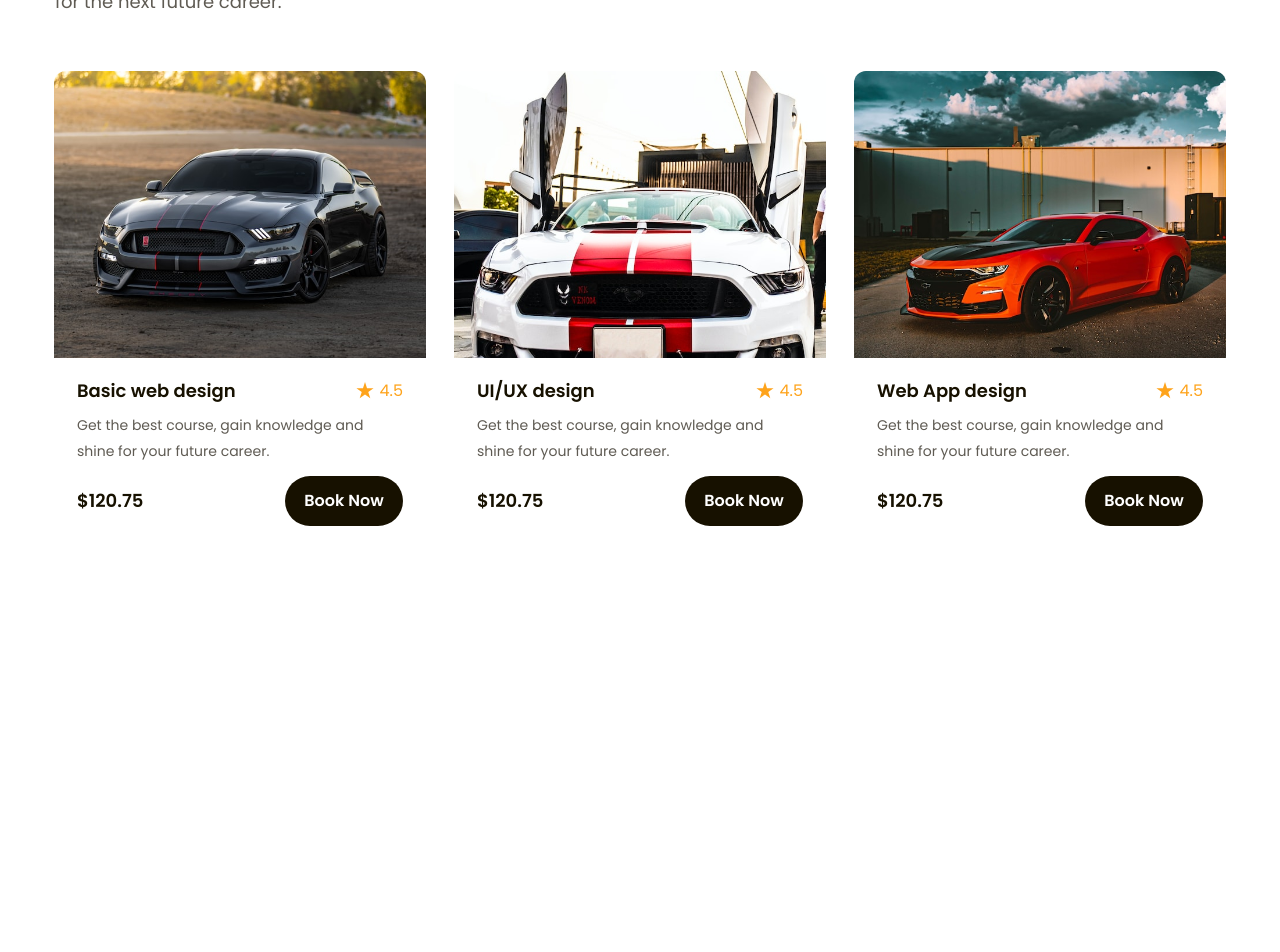
Repository: dongnguyen2112/htmlcss-project-02
Page: index.html
These files come from the project's save history. The page is drawn as it stood at one moment and after the next save; the edit follows.
The browser window is 1280 px wide. The pictures show the part of the page from y = 1207 to 2159 px (the page is 5000 px tall).
A picture or video elsewhere on the page could not be fetched, so the positions and the page height are approximate.

Above is the page before, as saved 2023-07-06 14:01:54.

### index.html
<!DOCTYPE html>
<html lang="en">
    <head>
        <meta charset="UTF-8" />
        <meta name="viewport" content="width=device-width, initial-scale=1.0" />
        <title>F8 project 01</title>
        <!-- Reset CSS -->
        <link rel="stylesheet" href="./assets/css/reset.css" />
        <!-- Font -->
        <link rel="preconnect" href="https://fonts.googleapis.com" />
        <link rel="preconnect" href="https://fonts.gstatic.com" crossorigin />
        <link
            href="https://fonts.googleapis.com/css2?family=Poppins:ital,wght@0,400;0,500;0,600;0,700;1,400&family=Sen:wght@700&display=swap"
            rel="stylesheet"
        />
        <!-- Style CSS -->
        <link rel="stylesheet" href="./assets/css/styles.css" />
    </head>
    <body>
        <main style="height: 5000px">
            <!-- Header -->
            <header class="header fixed">
                <div class="main-content">
                    <div class="body">
                        <!-- Logo -->
                        <img src="./assets/img/Logo..png" alt="" class="logo">
                        <!-- Nav -->
                        <nav class="nav">
                            <ul>
                                <li class="active">
                                    <a href="#!">Home</a>
                                </li>
                                <li>
                                    <a href="#!">Courses</a>
                                </li>
                                <li>
                                    <a href="#!">Pricing</a>
                                </li>
                                <li>
                                    <a href="#!">Reviews</a>
                                </li>
                            </ul>
                        </nav>
                        <!-- Action -->
                        <div class="action">
                            <a href="#!" class="btn sign-up-btn">Sign Up </a>
                        </div>
                    </div>
            </header>
            <!-- Hero -->
            <div class="hero">
                <div class="main-content">
                    <div class="body">
                        <!-- Hero-left -->
                        <div class="media-block">
                            <img src="./assets/img/hero-img.jpg" alt="Learn without limits and spread knowledge." class="img">
                            <div class="hero-summary">
                                <div class="item">
                                    <div class="icon">
                                        <img src="./assets/icon/list.svg" alt="">
                                    </div>
                                    <div class="info">
                                        <div class="lable">20 Courses</div>
                                        <div class="title">UI/UX Design</div>
                                    </div>
                                </div>
                                <div class="item">
                                    <div class="icon">
                                        <img src="./assets/icon/code.svg" alt="">
                                    </div>
                                    <div class="info">
                                        <div class="lable">20 Courses</div>
                                        <div class="title">Development</div>
                                    </div>
                                </div>
                                <div class="item">
                                    <div class="icon">
                                        <img src="./assets/icon/speaker.svg" alt="">
                                    </div>
                                    <div class="info">
                                        <div class="lable">30 Courses</div>
                                        <div class="title">Marketing</div>
                                    </div>
                                </div>
                            </div>
                        </div>
                        <!-- Hero-right -->
                        <div class="content-block">
                            <h1 class="heading lv1">Learn without limits and spread knowledge.</h1>
                            <p class="desc">Build new skills for that “this is my year” feeling with courses, certificates, and degrees from world-class universities and companies.</p>
                            <div class="cta-group">
                                <a href="#!" class="btn hero-cta">See Courses</a>
                                <button class="watch-video">
                                    <div class="icon">
                                        <img src="./assets/icon/play.svg" alt="">
                                    </div>
                                    <span>Watch Video</span>
                                </button>
                            </div>
                            <p class="desc">Recent engagement</p>
                            <p class="desc stats">
                               <strong>50K</strong> Students
                                <strong>70+</strong> Courses
                            </p>
                        </div>
                    </div>
                </div>
            </div>
            <!-- Popular -->
            <div class="popular">
                <div class="main-content">
                    <div class="popular-top">
                        <div class="info">
                            <h2 class="heading lv2">Our popular courses</h2>
                            <p class="desc">Build new skills with new trendy courses and shine for the next future career.</p>
                        </div>
                        <div class="control">
                            <button class="control-btn">
                                <img src="./assets/icon/control.svg" alt="">
                            </button>
                        </div>
                    </div>
                    <!-- Course-item 1 -->
                    <div class="course-list">
                        <div class="course-item">
                           <a href="#!"><img src="./assets/img/course-1.jpg" alt="Basic web design" class="thumb"></a>
                            <div class="info">
                                <div class="head">
                                    <h3 class="title">
                                        <a href="#!" class="line-clamp">Basic web design</a>
                                    </h3>
                                    <div class="rating">
                                        <img src="./assets/icon/Star.svg" alt="" class="star">
                                        <span class="value">4.5</span>
                                    </div>
                                </div>
                                <p class="desc">Get the best course, gain knowledge and shine for your future career.</p>
                                <div class="foot">
                                    <span class="price">$120.75</span>
                                    <div class="btn book-btn">Book Now</div>
                                </div>
                            </div>
                        </div>

                    <!-- Course-item 2 -->
                        <div class="course-item">
                            <a href="#!"><img src="./assets/img/course-2.jpg" alt="Basic web design" class="thumb"></a>
                            <div class="info">
                                <div class="head">
                                    <h3 class="title">
                                        <a href="#!" class="line-clamp">UI/UX design</a>
                                    </h3>
                                    <div class="rating">
                                        <img src="./assets/icon/Star.svg" alt="" class="star">
                                        <span class="value">4.5</span>
                                    </div>
                                </div>
                                <p class="desc">Get the best course, gain knowledge and shine for your future career.</p>
                                <div class="foot">
                                    <span class="price">$120.75</span>
                                    <div class="btn book-btn">Book Now</div>
                                </div>
                            </div>
                        </div>
                    <!-- Course-item 3 -->
                        <div class="course-item">
                            <a href="#!"><img src="./assets/img/course-3.jpg" alt="Basic web design" class="thumb"></a>
                            <div class="info">
                                <div class="head">
                                    <h3 class="title">
                                        <a href="#!" class="line-clamp">Web App design</a>
                                    </h3>
                                    <div class="rating">
                                        <img src="./assets/icon/Star.svg" alt="" class="star">
                                        <span class="value">4.5</span>
                                    </div>
                                </div>
                                <p class="desc">Get the best course, gain knowledge and shine for your future career.</p>
                                <div class="foot">
                                    <span class="price">$120.75</span>
                                    <div class="btn book-btn">Book Now</div>
                                </div>
                            </div>
                        </div>
                    </div>
                </div>
            </div>
        </main>
    </body>
</html>

### assets/css/styles.css
* {
    box-sizing: border-box;
}
html {
    font-size: 62.5%;
}
body {
    font-size: 1.6rem;
    font-family: "Poppins", sans-serif;
}
:root {
    --primary-color: #ffb900;
    --font-heading: Sen, sans-serif;
}
/* Common */
a {
    text-decoration: none;
}
.main-content {
    width: 1170px;
    max-width: calc(100% - 48px);
    margin-left: auto;
    margin-right: auto;
}
.btn {
    display: inline-block;
    min-width: 118px;
    padding: 0 16px;
    line-height: 50px;
    color: #fff;
    text-align: center;
    font-size: 1.6rem;
    font-weight: 600;
    border-radius: 999px;
    background: #171100;
    cursor: pointer;
}
.btn:hover {
    opacity: 0.9;
}
.heading {
    color: #171100;
    font-family: var(--font-heading);
    font-weight: 700;
    letter-spacing: -0.02em;
}
.heading.lv1 {
    font-size: 5.8rem;
    line-height: 1.17;
}
.heading.lv2 {
    font-size: 3.8rem;
    line-height: 1.26;
}
.line-clamp {
    display: -webkit-box;
    -webkit-line-clamp: var(--line-clamp, 1);
    -webkit-box-orient: vertical;
    overflow: hidden;
}
.line-clamp .line-2 {
    --line-clamp: 2;
}
/* Header */
.header {
    background: #fffcf4;
}
.header.fixed {
    position: sticky;
    top: -28px;
    z-index: 1;
}
.header .body {
    display: flex;
    align-items: center;
    padding: 36px 0 8px;
}
.header .sign-up-btn {
    min-width: 114px;
}
.header .action {
    margin-left: 49px;
}
.nav {
    margin-left: auto;
}
.nav ul {
    display: flex;
}
.nav a {
    color: #5f5b53;
    font-size: 1.6rem;
    padding: 8px 21px;
    position: relative;
}
.nav a:hover,
.nav .active a {
    color: #171100;
    font-size: 1.6rem;
    /* font-weight: 600; */
    text-shadow: 1px 0 0 currentColor;
}
.nav .active a::after {
    content: "";
    left: 21px;
    display: block;
    width: 12px;
    height: 2px;
    border-radius: 1px;
    background: #171100;
    position: absolute;
    bottom: 6px;
}
/* hero */
.hero {
    padding: 56px 0 65px;
    background: #fffcf4;
}
.hero .body {
    display: flex;
}
/* hero-left */
.hero .media-block {
    width: 48%;
    position: relative;
}
.hero .media-block .img {
    width: 470px;
    height: 685px;
    object-fit: cover;
    border-radius: 20px;
    display: block;
}
.hero-summary {
    position: absolute;
    right: 0;
    bottom: 48px;
    border-radius: 12px;
    background: #fff;
    box-shadow: 0px 16px 32px 0px rgba(0, 0, 0, 0.05);
    width: 270px;
    padding: 24px;
}
.hero-summary .item {
    display: flex;
    align-items: center;
}
.hero-summary .item + .item {
    margin-top: 22px;
}
.hero-summary .icon {
    width: 48px;
    height: 48px;
    border-radius: 50%;
    display: flex;
    align-items: center;
    justify-content: center;
    background: #fff9e8;
}
.hero-summary .item:nth-last-of-type(2) .icon {
    background: #fcefff;
}
.hero-summary .item:nth-child(3) .icon {
    background: #ebeaff;
}
.hero-summary .info {
    margin-left: 16px;
}
.hero-summary .label {
    font-size: 1.4rem;
    line-height: 1.86;
    color: #5f5b53;
}
.hero-summary .title {
    color: #171100;
    font-size: 1.4rem;
    font-weight: 600;
    line-height: 1.67;
}
/* hero-right */
.hero .content-block {
    width: 52%;
    padding: 64px 0 0 130px;
}

.hero .desc {
    margin-top: 22px;
    color: #5f5b53;
    font-size: 1.8rem;
    font-weight: 400;
    line-height: 1.67;
}
.hero .cta-group {
    margin: 38px 0 48px;
    display: flex;
    align-items: center;
}
.hero .hero-cta {
    background: var(--primary-color);
    line-height: 64px;
    min-width: 180px;
}
.hero .watch-video {
    display: flex;
    margin-left: 28px;
    border: none;
    background: transparent;
    align-items: center;
    cursor: pointer;
}
.hero .watch-video span {
    margin-left: 14px;
    color: #171100;
    font-size: 1.8rem;
    font-weight: 600;
    line-height: 1.67;
}
.hero .stats {
    margin: 8px 0 0 -28px;
}
.hero .stats strong {
    color: #171100;
    font-size: 4.4rem;
    font-weight: 700;
    line-height: 54px;
    font-family: var(--font-heading);
    padding: 0 8px 0 28px;
}
/* popular */
.popular {
    padding: 65px 0;
    margin-top: 135px;
}
.popular-top {
    display: flex;
    justify-content: space-between;
}
.popular-top .desc {
    margin-top: 16px;
    width: 458px;
    color: #5f5b53;
    font-size: 1.8rem;
    line-height: 1.67;
}
.popular .course-list {
    display: flex;
    margin-top: 55px;
    gap: 30px;
}
.popular .course-item {
    flex: 1;
    border-radius: 12px;
    background: #fff;
}
.popular .course-item:hover {
    border-color: transparent;
    box-shadow: 0px 18px 36px 0px rgba(0, 0, 0, 0.05);
}
.popular .course-item .thumb {
    width: calc(100% + 2px);
    border-radius: 12px 12px 0px 0px;
    height: 287px;
    object-fit: cover;
    margin: -1px;
}
.popular .course-item .info {
    padding: 16px 22px 22px;
}
.popular .course-item .foot,
.popular .course-item .rating,
.popular .course-item .head {
    display: flex;
    align-items: center;
    justify-content: space-between;
}
.popular .course-item .title a {
    color: #171100;
    font-size: 1.8rem;
    font-weight: 600;
    line-height: 1.67;
}
.popular .rating .value {
    margin-left: 6px;
    color: #fea31b;
    font-size: 1.6rem;
    font-weight: 400;
    line-height: 1.75;
}
.popular .course-item .desc {
    color: #5f5b53;
    font-size: 1.4rem;
    font-weight: 400;
    line-height: 1.86;
    margin-top: 6px;
}
.popular .course-item .foot {
    margin-top: 12px;
}
.popular .course-item .foot .price {
    color: #171100;
    font-size: 1.8rem;
    font-weight: 600;
    line-height: 1.67;
}
.popular .course-item .book-btn:hover {
    color: #fff;
    background-color: var(--primary-color);
}

Loaded but not shown: assets/css/reset.css (common file)

After the next save:
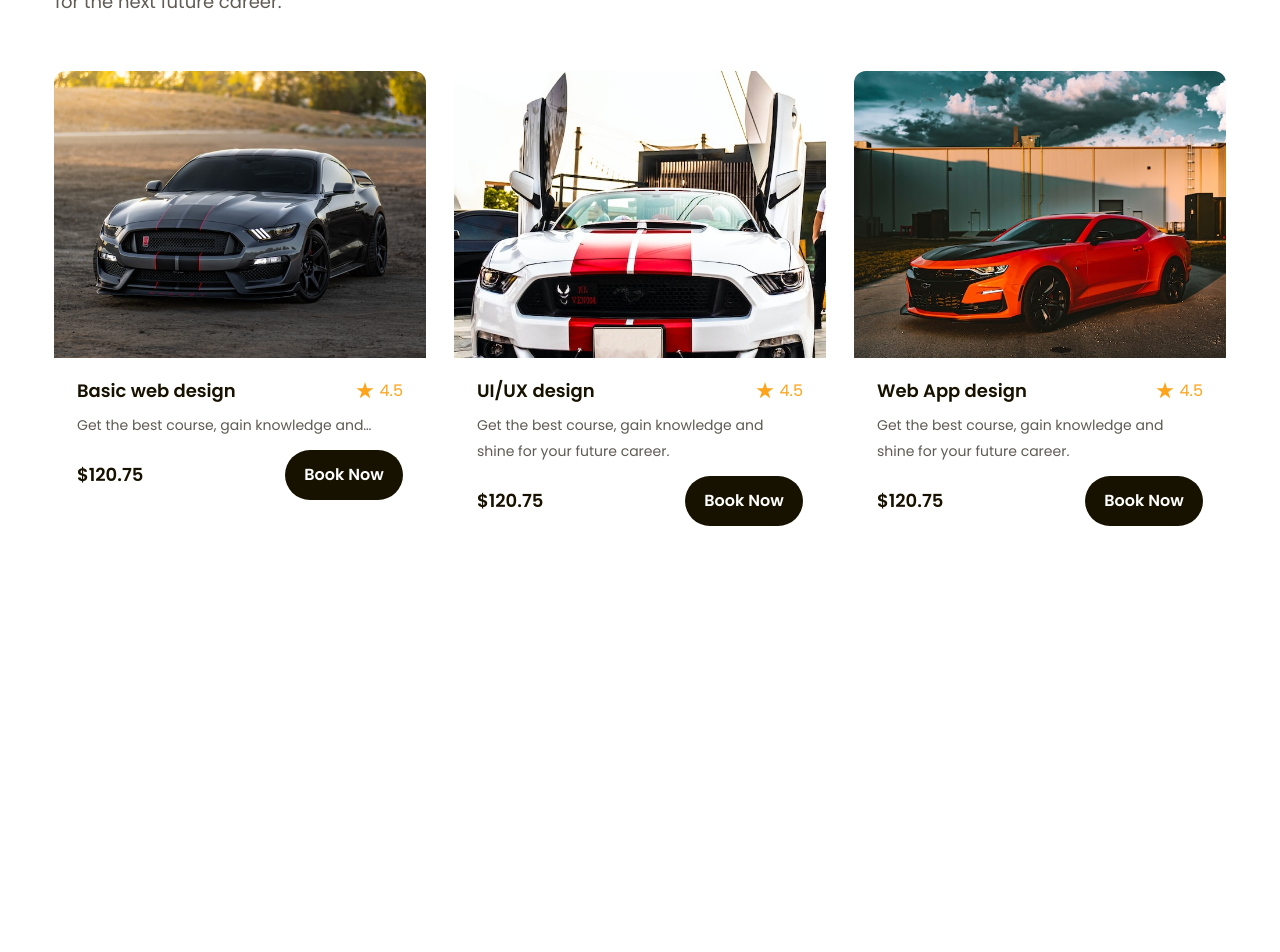
Saved 38 s later.
--- a/index.html
+++ b/index.html
@@ -134,7 +134,7 @@
                                         <span class="value">4.5</span>
                                     </div>
                                 </div>
-                                <p class="desc">Get the best course, gain knowledge and shine for your future career.</p>
+                                <p class="desc line-clamp">Get the best course, gain knowledge and shine for your future career.</p>
                                 <div class="foot">
                                     <span class="price">$120.75</span>
                                     <div class="btn book-btn">Book Now</div>
